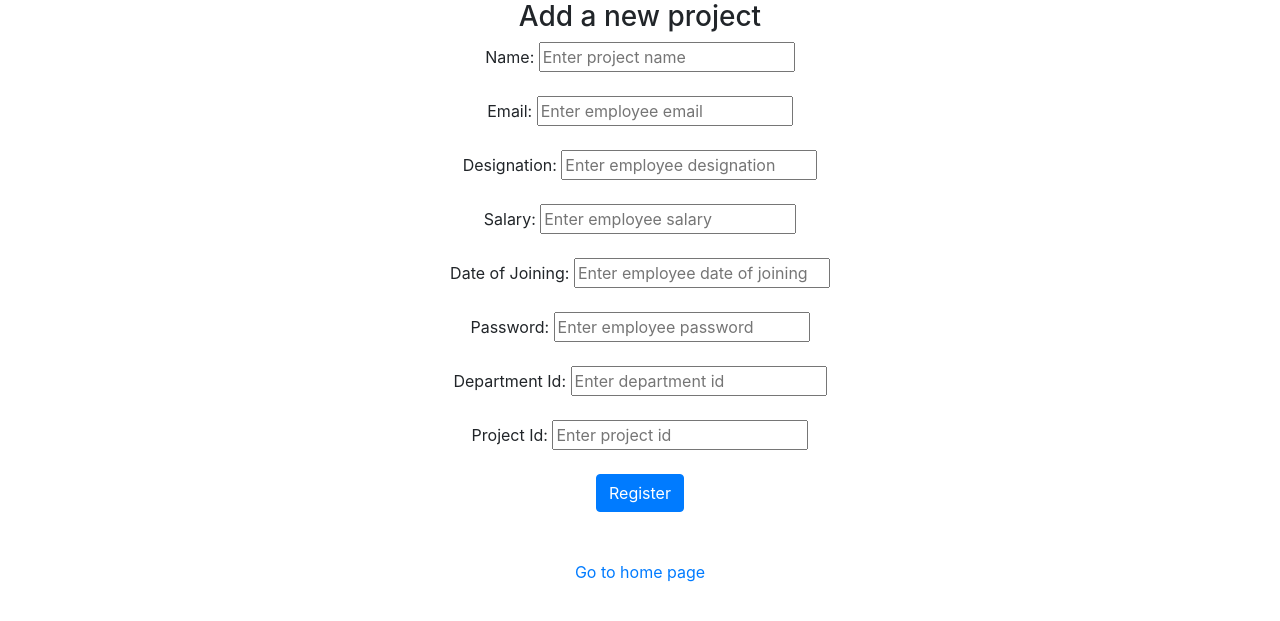
Repository: ArmanAli-cmd/EmployeeProjectDepartmentApplication
Page: http://localhost/EmployeeProjectDepartmentMVCApplication/views/project-signup.jsp
These files come from the project's save history. The page is drawn as it stood at one moment and after the next save; the edit follows.
The browser window is 1280 px wide. The pictures show the whole page.
The page is served by Tomcat 9. Other server files are loaded and not shown.

Above is the page before, as saved 2024-01-18 05:09:20.

### EmployeeProjectDepartmentMVCApplication/src/main/webapp/views/project-signup.jsp
<%@ page language="java" contentType="text/html; charset=ISO-8859-1"
	pageEncoding="ISO-8859-1"%>
<!DOCTYPE html>
<html>
<head>
<meta charset="utf-8">
  <meta name="viewport" content="width=device-width, initial-scale=1">
  <link rel="stylesheet" href="https://cdn.jsdelivr.net/npm/bootstrap@4.6.2/dist/css/bootstrap.min.css">
  <script src="https://cdn.jsdelivr.net/npm/jquery@3.7.1/dist/jquery.slim.min.js"></script>
  <script src="https://cdn.jsdelivr.net/npm/popper.js@1.16.1/dist/umd/popper.min.js"></script>
  <script src="https://cdn.jsdelivr.net/npm/bootstrap@4.6.2/dist/js/bootstrap.bundle.min.js"></script>
<title>Project Sign Up Page</title>
</head>
<body style="text-align: center;">
<div class="container">
	<h3>Add a new project</h3>
	<form action="/employees/add" method="post">
		Name: <input type="text" name="name" placeholder="Enter project name"
			required><br>
		<br> Email: <input type="email" name="email"
			placeholder="Enter employee email" required><br>
		<br> Designation: <input type="text" name="designation"
			placeholder="Enter employee designation" required><br>
		<br> Salary: <input type="text" name="salary"
			placeholder="Enter employee salary" required="required"><br>
		<br> Date of Joining: <input type="text" name="dateOfJoining"
			placeholder="Enter employee date of joining" required><br>
		<br> Password: <input type="password" name="password"
			placeholder="Enter employee password" required><br>
		<br> Department Id: <input type="number" name="departmentId"
			placeholder="Enter department id" required><br>
		<br> Project Id: <input type="number" name="projectId"
			placeholder="Enter project id" required><br>
		<br> <input type="submit" class="btn btn-primary" value="Register">
	</form>
<br><br>
<a href="/views/index.jsp"> Go to home page</a>
</div>
</body>
</html>

After the next save:
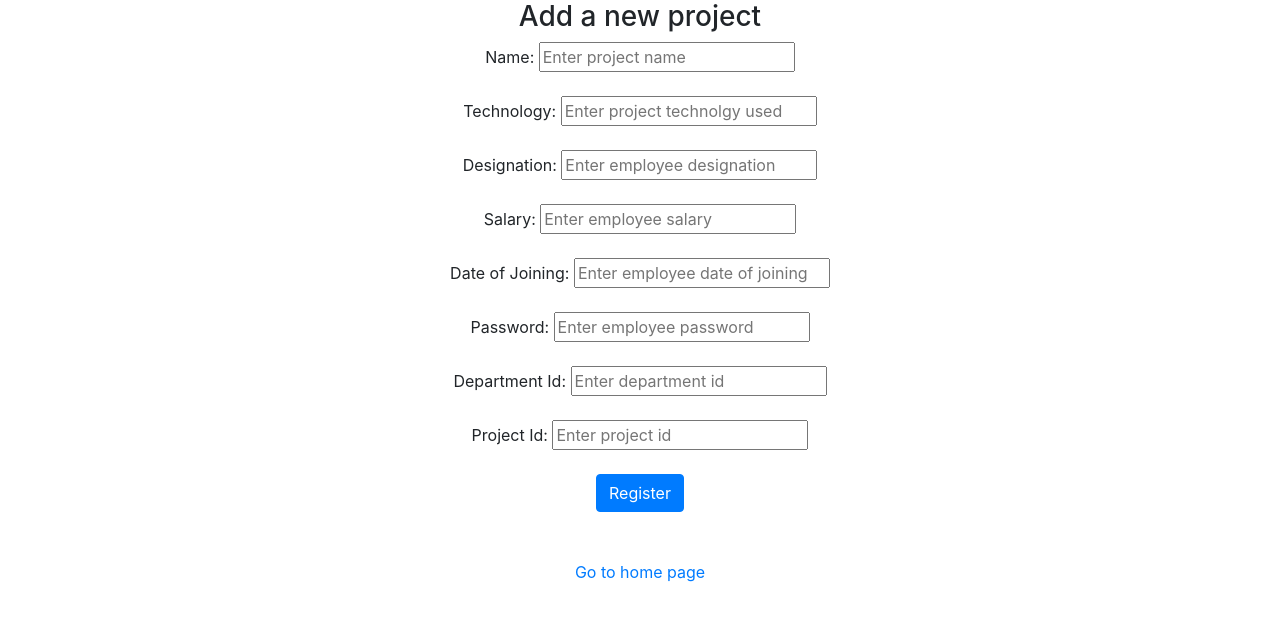
Saved 97 s later.
--- a/EmployeeProjectDepartmentMVCApplication/src/main/webapp/views/project-signup.jsp
+++ b/EmployeeProjectDepartmentMVCApplication/src/main/webapp/views/project-signup.jsp
@@ -17,8 +17,9 @@
 	<form action="/employees/add" method="post">
 		Name: <input type="text" name="name" placeholder="Enter project name"
 			required><br>
-		<br> Email: <input type="email" name="email"
-			placeholder="Enter employee email" required><br>
+		<br>
+		Technology: <input type="text" name="technology"
+			placeholder="Enter project technolgy used" required><br>
 		<br> Designation: <input type="text" name="designation"
 			placeholder="Enter employee designation" required><br>
 		<br> Salary: <input type="text" name="salary"
